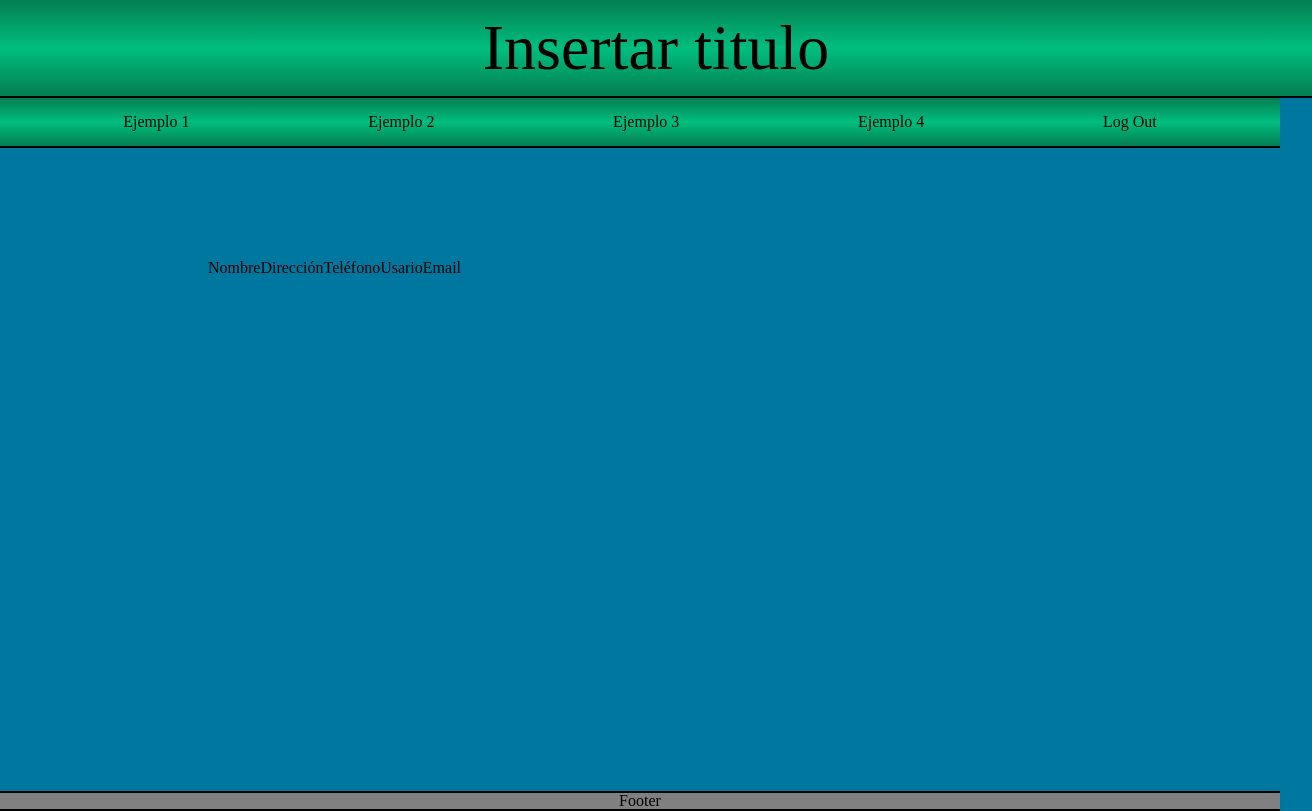
Repository: FacundoKinderknecht/Parcial-2-LPPA
Page: main/main.html
These files come from the project's save history. The page is drawn as it stood at one moment and after the next save; the edit follows.
The browser window is 1280 px wide. The page is 1312 px wide, so the pictures cover 1312 px, including what lies to the right of the window. The pictures show the whole page.

Above is the page before, as saved 2022-07-06 12:57:23.

### main/main.html
<!DOCTYPE html>
<html lang="en">

<head>
    <meta charset="UTF-8">
    <meta http-equiv="X-UA-Compatible" content="IE=edge">
    <meta name="viewport" content="width=device-width, initial-scale=1.0">
    <link rel="stylesheet" href="/reset.css">
    <link rel="stylesheet" href="/main/main.css">
    <script src="/main/main.js"></script>
    <title>Document</title>
</head>

<body>
    <header>
        <h1>Insertar titulo</h1>
    </header>
    <nav>
        <li>
            <a href="#">Ejemplo 1</a>
            <a href="#">Ejemplo 2</a>
            <a href="#">Ejemplo 3</a>
            <a href="#">Ejemplo 4</a>
            <a href="#">Log Out</a>
        </li>
    </nav>
    <main>
        <div class="contenedor">
            <table id="tabla">
                <thead id="tableHead">
                    <tr>
                        <th>Nombre</th>
                        <th>Dirección</th>
                        <th>Teléfono</th>
                        <th>Usario</th>
                        <th>Email</th>
                    </tr>
                </thead>
                <tbody id="tableBody"></tbody>
            </table>
        </div>
    </main>
    <footer>
        <p>Footer</p>
    </footer>
</body>

</html>

### main/main.css
header{
    width: 100%;
    border-bottom: black 2px solid;
    padding: 1rem;
    font-size: 400%;
    background: linear-gradient(to top, rgb(4, 126, 83), rgb(0, 190, 126), rgb(4, 126, 83));
}
nav{
    display: inline;
    text-decoration: none;
}
li{
    padding: 1rem;
    background: linear-gradient(to top, rgb(4, 126, 83), rgb(0, 190, 126), rgb(4, 126, 83));
    text-decoration: none;
    list-style: none;
    color: black;
    border-bottom: black 2px solid;
}
a{
    display: inline-block;
    text-decoration: none;
    color: black;
    padding: 0% 7%;
}
body{
    background-color: rgb(0, 119, 159);
    height: 100%;
    align-items: center;
    text-align: center;
    margin: 0;
}
main{
    display: inline-block;
    width: 70%;
    padding-top: 6rem;
    height: 34rem;
}
div{
    text-align: left;
    align-items:left;
    padding: 1rem;
}
footer{
    border-top: 2px solid black;
    border-bottom: 2px solid black;
    background-color: grey;
    bottom: 0;
    width: 100%;
}

Loaded but not shown: reset.css (common file); main/main.js (no stored copy; drawn as an empty file)

After the next save:
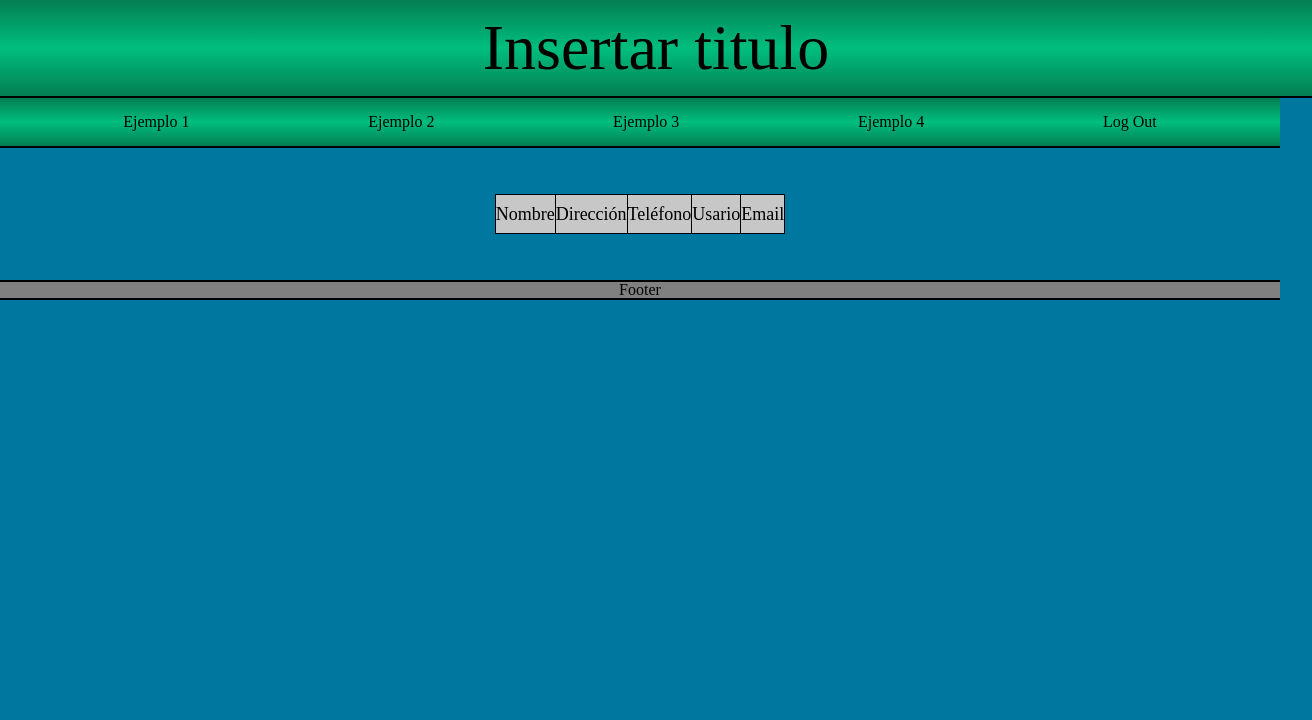
Saved 4 min 15 s later.
--- a/main/main.html
+++ b/main/main.html
@@ -21,7 +21,7 @@
             <a href="#">Ejemplo 2</a>
             <a href="#">Ejemplo 3</a>
             <a href="#">Ejemplo 4</a>
-            <a href="#">Log Out</a>
+            <a href="" id="botonDesloguear">Log Out</a>
         </li>
     </nav>
     <main>
--- a/main/main.css
+++ b/main/main.css
@@ -1,3 +1,10 @@
+body{
+    background-color: rgb(0, 119, 159);
+    height: 100%;
+    align-items: center;
+    text-align: center;
+    margin: 0;
+}
 header{
     width: 100%;
     border-bottom: black 2px solid;
@@ -23,18 +30,27 @@ a{
     color: black;
     padding: 0% 7%;
 }
-body{
-    background-color: rgb(0, 119, 159);
-    height: 100%;
+table{
+	margin: 30px 30px;
+}
+
+table th{
+	padding: 10px 0;
+	background-color: #c7c7c7;
+	border:  thin solid #000000;
+    font-size: 18px
+}
+table td{
+	padding: 10px;
+	border:  thin solid #000000;
+	width: 18%;
+	text-align: center;
+	background-color: #fff;
+}
+.contenedor{
+    display: flex;
     align-items: center;
-    text-align: center;
-    margin: 0;
-}
-main{
-    display: inline-block;
-    width: 70%;
-    padding-top: 6rem;
-    height: 34rem;
+    justify-content: center;
 }
 div{
     text-align: left;
